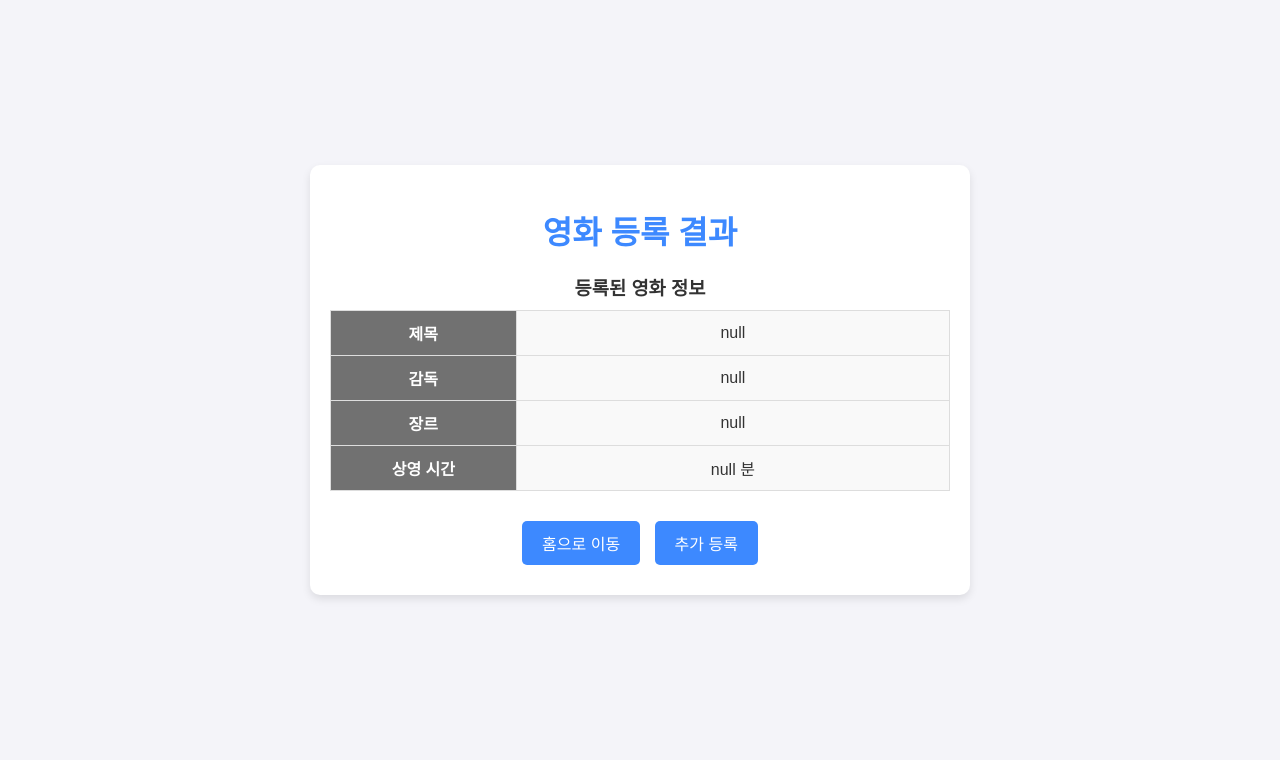
Repository: s00ngle/SSAFY-BE
Page: http://localhost/back_db_ws_10_2/regist_result.jsp
An editor plug-in stored every save of this project. The page is shown before and after the next save, followed by the edit.
The browser window is 1280 px wide. The pictures show the whole page.
The page is served by Tomcat 10. The template is opened directly, without the code that normally fills it, so the values that code supplies are empty.

Above is the page before, as saved 2024-09-25 05:03:50.

After the next save:
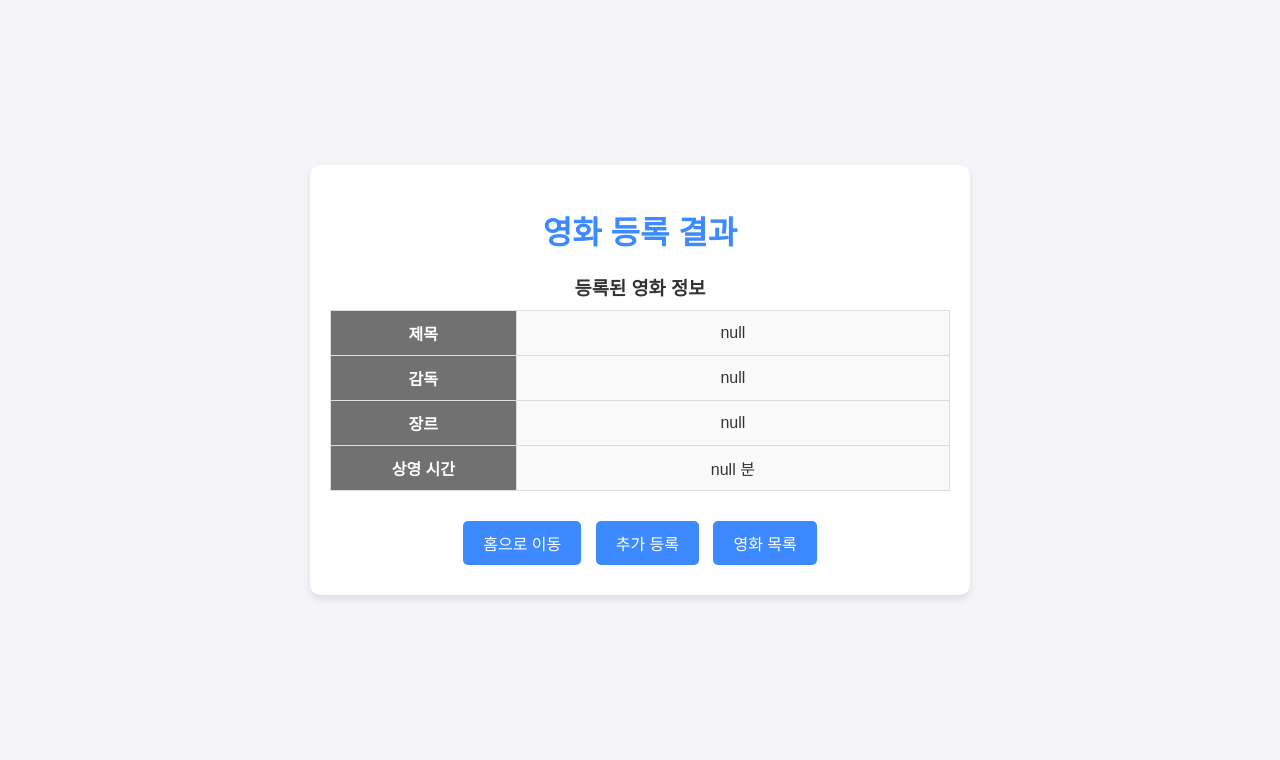
Saved 3 min 12 s later.
--- a/back_db_ws_10_2/src/main/webapp/regist_result.jsp
+++ b/back_db_ws_10_2/src/main/webapp/regist_result.jsp
@@ -106,6 +106,7 @@
         <div class="button-container">
             <a href="/">홈으로 이동</a>
             <a href="/main?act=mvregist">추가 등록</a>
+            <a href="/main?act=list">영화 목록</a>
         </div>
     </div>
 </body>
